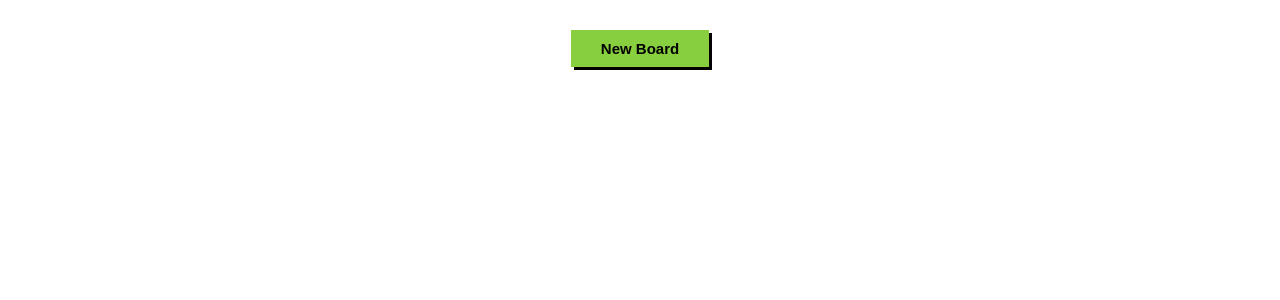
Repository: sokafootball/etch-a-sketc
Page: index.html
These files come from the project's save history. The page is drawn as it stood at one moment and after the next save; the edit follows.
The browser window is 1280 px wide. The pictures show the whole page.

Above is the page before, as saved 2020-04-18 10:13:23.

After the next save:
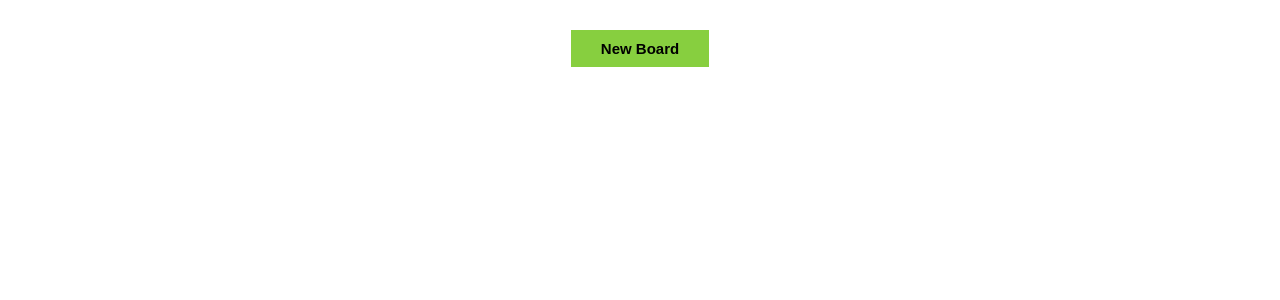
Saved 34 s later.
--- a/style.css
+++ b/style.css
@@ -22,7 +22,7 @@
   font-size: 15px;
   background-color: hsla(90, 60%, 53%, 1);
   border: 0;
-  box-shadow: 3px 3px;
+  box-shadow: var(shadow-size) 3px;
 }
 
 #reset-btn:focus{

After the 2 saves that followed:
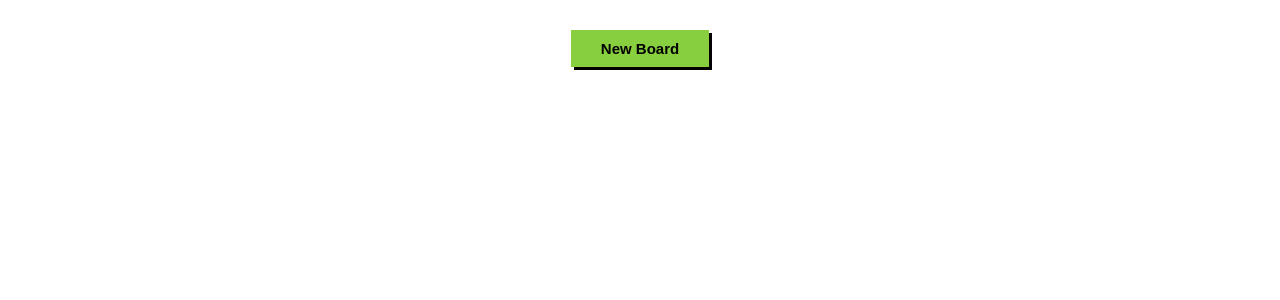
The 2 saves are shown as one change because 1 left the picture as it was.
The last was saved 17 s later.
--- a/style.css
+++ b/style.css
@@ -22,7 +22,7 @@
   font-size: 15px;
   background-color: hsla(90, 60%, 53%, 1);
   border: 0;
-  box-shadow: var(shadow-size) 3px;
+  box-shadow: var(--shadow-size) var(--shadow-size);
 }
 
 #reset-btn:focus{
